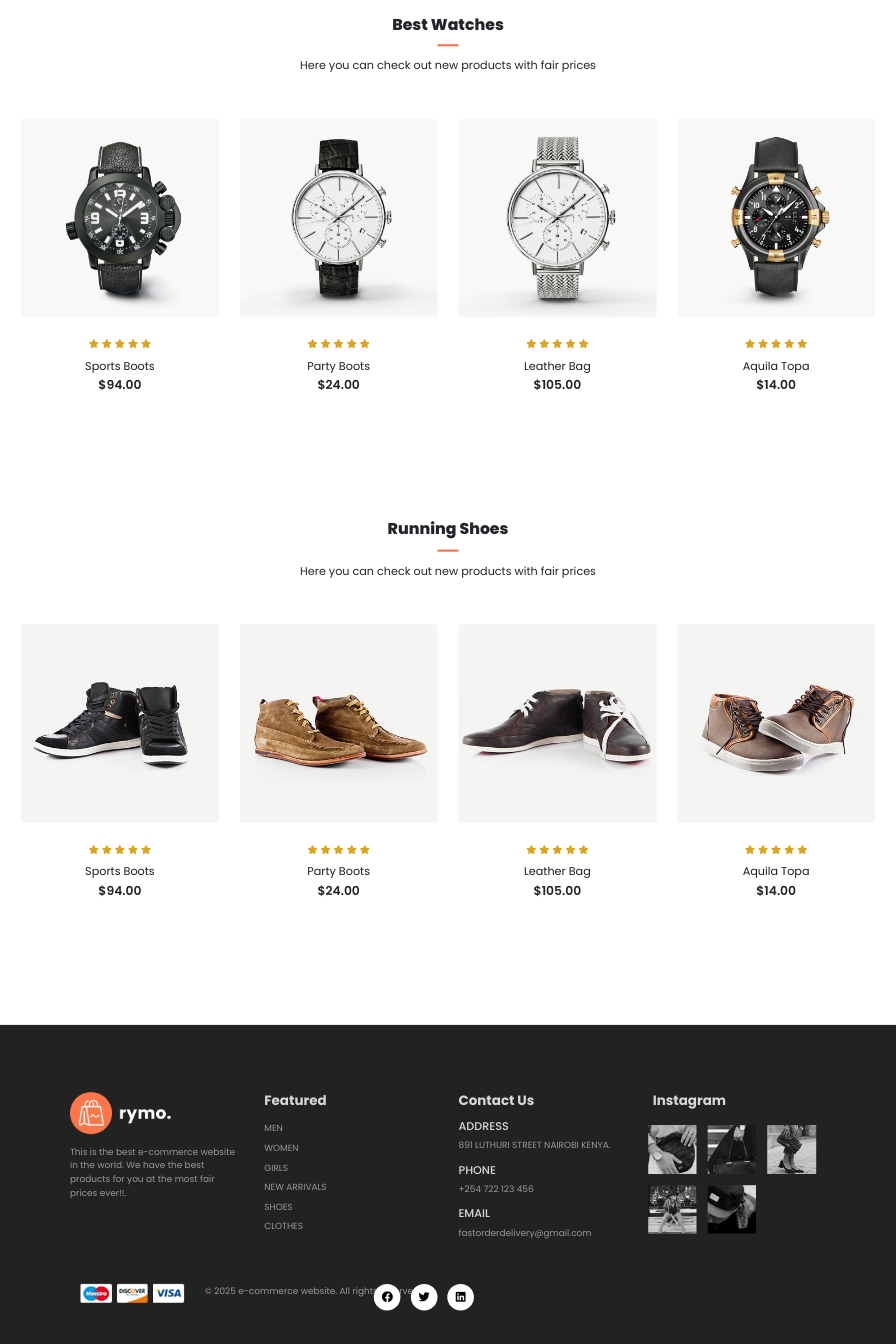
Repository: peter417waweru/e-commerce-UI
Page: index.html
These files come from the project's save history. The page is drawn as it stood at one moment and after the next save; the edit follows.
The browser window is 1280 px wide. The pictures show the part of the page from y = 3463 to 5383 px (the page is 5383 px tall), at 70% of full size.
Backgrounds fixed to the window are drawn as part of the page. Some web libraries are served in a nearby version.

Above is the page before, as saved 2025-02-08 09:53:11.

### index.html
<!DOCTYPE html>
<html lang="en">

    <head>
        <meta charset="UTF-8">
        <meta http-equiv="X-UA-Compatible" content="IE=edge">
        <meta name="viewport" content="width=device-width, initial-scale=1.0">
        <title>Ecommerce Website1</title>

        <link rel="stylesheet" href="https://cdn.jsdelivr.net/npm/bootstrap@4.1.3/dist/css/bootstrap.min.css"
         integrity="sha384-MCw98/SFnGE8fJT3GXwEOngsV7Zt27NXFoaoApmYm81iuXoPkFOJwJ8ERdknLPMO" crossorigin="anonymous">

        <link rel="stylesheet" href="https://pro.fontawesome.com/releases/v5.10.0/css/all.css" />

        <link rel="stylesheet" href="./style.css">
    </head>

    <body>

        <nav class="navbar navbar-expand-lg navbar-light bg-light py-3 fixed-top">
            <div class="container">
              <img src="img/logo1.png" alt="">
              <button class="navbar-toggler" type="button" data-bs-toggle="collapse" data-bs-target="#navbarSupportedContent" aria-controls="navbarSupportedContent" aria-expanded="false" aria-label="Toggle navigation">
                <span><i id="bar" class="fas fa-bars"></i></span>
              </button>
              <div class="collapse navbar-collapse" id="navbarSupportedContent">
                <ul class="navbar-nav ml-auto">
                  <li class="nav-item">
                    <a class="nav-link active" aria-current="page" href="#">Home</a>
                  </li>
                  <li class="nav-item">
                    <a class="nav-link" aria-current="page" href="#">Shop</a>
                  </li>
                  <li class="nav-item">
                    <a class="nav-link" aria-current="page" href="#">Blog</a>
                  </li>
                  <li class="nav-item">
                    <a class="nav-link" aria-current="page" href="#">About</a>
                  </li>
                  <li class="nav-item">
                    <a class="nav-link" aria-current="page" href="#">Contact Us</a>
                  </li>
                  <li class="nav-item">
                    <i class="fal fa-search"></i>
                    <i class="fal fa-shopping-bag"></i>
                  </li>


                </ul>

              </div>
            </div>
        </nav>


        <section id="home">
          <div class="container">
            <h5>NEW ARRIVALS</h5>
            <h1><span>Best Price</span> This year</h1>
            <p>Shop today with us for the best offers delivered to your doorsteps <br>
               within seconds.
            </p>
            <button>Shop Now</button>
          </div>
        </section>

        <section id="brand" class="container">
          <div class="row m-0 py-5">
            <img class="img-fluid col-lg-2 col-md-4 col-sm-6" src="img/brand/1.png" alt="">
            <img class="img-fluid col-lg-2 col-md-4 col-sm-6" src="img/brand/2.png" alt="">
            <img class="img-fluid col-lg-2 col-md-4 col-sm-6" src="img/brand/3.png" alt="">
            <img class="img-fluid col-lg-2 col-md-4 col-sm-6" src="img/brand/4.png" alt="">
            <img class="img-fluid col-lg-2 col-md-4 col-sm-6" src="img/brand/5.png" alt="">
            <img class="img-fluid col-lg-2 col-md-4 col-sm-6" src="img/brand/6.png" alt="">
          </div>
        </section>

        <section id="new" class="w-100">
          <div class="row p-0 m-0">
            <div class="one col-lg-4 col-md-12 col-sm-12 p-0">
              <img class="img-fluid" src="img/new/1.jpg" alt="">
              <div class="details">
                <h2>Extreme Rare Sneakers</h2>
                <button class="text-uppercase">shop now</button>
              </div>
            </div>
            <div class="one col-lg-4 col-md-12 col-sm-12 p-0">
              <img class="img-fluid" src="img/new/5.jpg" alt="">
              <div class="details">
                <h2>Awesome blank outfit</h2>
                <button class="text-uppercase">shop now</button>
              </div>
            </div>
            <div class="one col-lg-4 col-md-12 col-sm-12 p-0">
              <img class="img-fluid" src="img/new/3.jpg" alt="">
              <div class="details">
                <h2>Sportwear upto 50% off</h2>
                <button class="text-uppercase">shop now</button>
              </div>
            </div>
          </div>
        </section>

        <section id="featured" class="my-5 pb-5">
          <div class="container text-center mt-5 py-5">
            <h3>Our Featured</h3>
            <hr class="mx-auto">
            <p>Here you can check out our new products with the most fair prices</p>
          </div>
          <div class="row mx-auto container-fluid">
            <div class="product text-center col-lg-3 col-md-4 col-12">
              <img class="img-fluid mb-3" src="img/featured/1.jpg" alt="">
              <div class="star">
                <i class="fas fa-star"></i>
                <i class="fas fa-star"></i>
                <i class="fas fa-star"></i>
                <i class="fas fa-star"></i>
                <i class="fas fa-star"></i>
              </div>
              <h5 class="p-name">Sports Boots</h5>
              <h4 class="p-price">$94.00</h4>
              <button class="buy-btn">Buy Now</button>
            </div>
            <div class="product text-center col-lg-3 col-md-4 col-12">
              <img class="img-fluid mb-3" src="img/featured/2.jpg" alt="">
              <div class="star">
                <i class="fas fa-star"></i>
                <i class="fas fa-star"></i>
                <i class="fas fa-star"></i>
                <i class="fas fa-star"></i>
                <i class="fas fa-star"></i>
              </div>
              <h5 class="p-name">Party Boots</h5>
              <h4 class="p-price">$24.00</h4>
              <button class="buy-btn">Buy Now</button>
            </div>
            <div class="product text-center col-lg-3 col-md-4 col-12">
              <img class="img-fluid mb-3" src="img/featured/3.jpg" alt="">
              <div class="star">
                <i class="fas fa-star"></i>
                <i class="fas fa-star"></i>
                <i class="fas fa-star"></i>
                <i class="fas fa-star"></i>
                <i class="fas fa-star"></i>
              </div>
              <h5 class="p-name">Leather Bag</h5>
              <h4 class="p-price">$105.00</h4>
              <button class="buy-btn">Buy Now</button>
            </div>
            <div class="product text-center col-lg-3 col-md-4 col-12">
              <img class="img-fluid mb-3" src="img/featured/4.jpg" alt="">
              <div class="star">
                <i class="fas fa-star"></i>
                <i class="fas fa-star"></i>
                <i class="fas fa-star"></i>
                <i class="fas fa-star"></i>
                <i class="fas fa-star"></i>
              </div>
              <h5 class="p-name">Aquila Topa</h5>
              <h4 class="p-price">$14.00</h4>
              <button class="buy-btn">Buy Now</button>
            </div>
          </div>
        </section>

        <section id="banner" class="my-5 py-3">
          <div class="container">
            <h4>MID SEASON SALES</h4>
            <h1>Autumn Collection <br>
              UP TO 20% OFF
            </h1>
            <button class="text-uppercase">Shop Now</button>
          </div>
        </section>

        <section id="clothes" class="my-5">
          <div class="container text-center mt-5 py-5">
            <h3>Dresses and jumpsuits</h3>
            <hr class="mx-auto">
            <p>Here you can check out new products with fair prices</p>
          </div>
          <div class="row mx-auto container-fluid">
            <div class="product text-center col-lg-3 col-md-4 col-12">
              <img class="img-fluid mb-3" src="img/clothes/1.jpg" alt="">
              <div class="star">
                <i class="fas fa-star"></i>
                <i class="fas fa-star"></i>
                <i class="fas fa-star"></i>
                <i class="fas fa-star"></i>
                <i class="fas fa-star"></i>
              </div>
              <h5 class="p-name">Sports Boots</h5>
              <h4 class="p-price">$94.00</h4>
              <button class="buy-btn">Buy Now</button>
            </div>
            <div class="product text-center col-lg-3 col-md-4 col-12">
              <img class="img-fluid mb-3" src="img/clothes/2.jpg" alt="">
              <div class="star">
                <i class="fas fa-star"></i>
                <i class="fas fa-star"></i>
                <i class="fas fa-star"></i>
                <i class="fas fa-star"></i>
                <i class="fas fa-star"></i>
              </div>
              <h5 class="p-name">Party Boots</h5>
              <h4 class="p-price">$24.00</h4>
              <button class="buy-btn">Buy Now</button>
            </div>
            <div class="product text-center col-lg-3 col-md-4 col-12">
              <img class="img-fluid mb-3" src="img/clothes/3.jpg" alt="">
              <div class="star">
                <i class="fas fa-star"></i>
                <i class="fas fa-star"></i>
                <i class="fas fa-star"></i>
                <i class="fas fa-star"></i>
                <i class="fas fa-star"></i>
              </div>
              <h5 class="p-name">Leather Bag</h5>
              <h4 class="p-price">$105.00</h4>
              <button class="buy-btn">Buy Now</button>
            </div>
            <div class="product text-center col-lg-3 col-md-4 col-12">
              <img class="img-fluid mb-3" src="img/clothes/1.jpg" alt="">
              <div class="star">
                <i class="fas fa-star"></i>
                <i class="fas fa-star"></i>
                <i class="fas fa-star"></i>
                <i class="fas fa-star"></i>
                <i class="fas fa-star"></i>
              </div>
              <h5 class="p-name">Aquila Topa</h5>
              <h4 class="p-price">$14.00</h4>
              <button class="buy-btn">Buy Now</button>
            </div>
          </div>
        </section>

        <section id="watches" class="my-5">
          <div class="container text-center mt-5 py-5">
            <h3>Best Watches</h3>
            <hr class="mx-auto">
            <p>Here you can check out new products with fair prices</p>
          </div>
          <div class="row mx-auto container-fluid">
            <div class="product text-center col-lg-3 col-md-4 col-12">
              <img class="img-fluid mb-3" src="img/watches/1.jpg" alt="">
              <div class="star">
                <i class="fas fa-star"></i>
                <i class="fas fa-star"></i>
                <i class="fas fa-star"></i>
                <i class="fas fa-star"></i>
                <i class="fas fa-star"></i>
              </div>
              <h5 class="p-name">Sports Boots</h5>
              <h4 class="p-price">$94.00</h4>
              <button class="buy-btn">Buy Now</button>
            </div>
            <div class="product text-center col-lg-3 col-md-4 col-12">
              <img class="img-fluid mb-3" src="img/watches/2.jpg" alt="">
              <div class="star">
                <i class="fas fa-star"></i>
                <i class="fas fa-star"></i>
                <i class="fas fa-star"></i>
                <i class="fas fa-star"></i>
                <i class="fas fa-star"></i>
              </div>
              <h5 class="p-name">Party Boots</h5>
              <h4 class="p-price">$24.00</h4>
              <button class="buy-btn">Buy Now</button>
            </div>
            <div class="product text-center col-lg-3 col-md-4 col-12">
              <img class="img-fluid mb-3" src="img/watches/3.jpg" alt="">
              <div class="star">
                <i class="fas fa-star"></i>
                <i class="fas fa-star"></i>
                <i class="fas fa-star"></i>
                <i class="fas fa-star"></i>
                <i class="fas fa-star"></i>
              </div>
              <h5 class="p-name">Leather Bag</h5>
              <h4 class="p-price">$105.00</h4>
              <button class="buy-btn">Buy Now</button>
            </div>
            <div class="product text-center col-lg-3 col-md-4 col-12">
              <img class="img-fluid mb-3" src="img/watches/4.jpg" alt="">
              <div class="star">
                <i class="fas fa-star"></i>
                <i class="fas fa-star"></i>
                <i class="fas fa-star"></i>
                <i class="fas fa-star"></i>
                <i class="fas fa-star"></i>
              </div>
              <h5 class="p-name">Aquila Topa</h5>
              <h4 class="p-price">$14.00</h4>
              <button class="buy-btn">Buy Now</button>
            </div>
          </div>
        </section>

        <section id="shoes" class="my-5 pb-5">
          <div class="container text-center mt-5 py-5">
            <h3>Running Shoes</h3>
            <hr class="mx-auto">
            <p>Here you can check out new products with fair prices</p>
          </div>
          <div class="row mx-auto container-fluid">
            <div class="product text-center col-lg-3 col-md-4 col-12">
              <img class="img-fluid mb-3" src="img/shoes/8.jpg" alt="">
              <div class="star">
                <i class="fas fa-star"></i>
                <i class="fas fa-star"></i>
                <i class="fas fa-star"></i>
                <i class="fas fa-star"></i>
                <i class="fas fa-star"></i>
              </div>
              <h5 class="p-name">Sports Boots</h5>
              <h4 class="p-price">$94.00</h4>
              <button class="buy-btn">Buy Now</button>
            </div>
            <div class="product text-center col-lg-3 col-md-4 col-12">
              <img class="img-fluid mb-3" src="img/shoes/7.jpg" alt="">
              <div class="star">
                <i class="fas fa-star"></i>
                <i class="fas fa-star"></i>
                <i class="fas fa-star"></i>
                <i class="fas fa-star"></i>
                <i class="fas fa-star"></i>
              </div>
              <h5 class="p-name">Party Boots</h5>
              <h4 class="p-price">$24.00</h4>
              <button class="buy-btn">Buy Now</button>
            </div>
            <div class="product text-center col-lg-3 col-md-4 col-12">
              <img class="img-fluid mb-3" src="img/shoes/6.jpg" alt="">
              <div class="star">
                <i class="fas fa-star"></i>
                <i class="fas fa-star"></i>
                <i class="fas fa-star"></i>
                <i class="fas fa-star"></i>
                <i class="fas fa-star"></i>
              </div>
              <h5 class="p-name">Leather Bag</h5>
              <h4 class="p-price">$105.00</h4>
              <button class="buy-btn">Buy Now</button>
            </div>
            <div class="product text-center col-lg-3 col-md-4 col-12">
              <img class="img-fluid mb-3" src="img/shoes/5.jpg" alt="">
              <div class="star">
                <i class="fas fa-star"></i>
                <i class="fas fa-star"></i>
                <i class="fas fa-star"></i>
                <i class="fas fa-star"></i>
                <i class="fas fa-star"></i>
              </div>
              <h5 class="p-name">Aquila Topa</h5>
              <h4 class="p-price">$14.00</h4>
              <button class="buy-btn">Buy Now</button>
            </div>
          </div>
        </section>

        <footer class="mt-5 py-5">
          <div class="row container mx-auto pt-5">
            <div class="footer-one col-lg-3 col-md-6 col-12">
              <img src="img/logo2.png" alt="">
              <p class="pt-3">This is the best e-commerce website in the world.
                 We have the best products for you at the most fair prices ever!!.</p>
            </div>
            <div class="footer-one col-lg-3 col-md-6 col-12">
              <h4 class="pb-2">Featured</h4>
              <ul class="text-uppercase list-unstyled">
                <li><a href="#">men</a></li>
                <li><a href="#">women</a></li>
                <li><a href="#">girls</a></li>
                <li><a href="#">new arrivals</a></li>
                <li><a href="#">shoes</a></li>
                <li><a href="#">clothes</a></li>
              </ul>
            </div>
            <div class="footer-one col-lg-3 col-md-6 col-12">
              <h4 class="pb-2">Contact Us</h4>
              <div>
                <h6 class="text-uppercase">Address</h6>
              <p>891 LUTHURI STREET NAIROBI KENYA.</p>
              </div>
              <div>
                <h6 class="text-uppercase">Phone</h6>
              <p>+254 722 123 456</p>
              </div>
              <div>
                <h6 class="text-uppercase">Email</h6>
              <p>fastorderdelivery@gmail.com</p>
              </div>
            </div>
            <div class="footer-one col-lg-3 col-md-6 col-12">
              <h4 class="pb-2">Instagram</h4>
              <div class="row">
                <img class="img-fluid w-25 h-100 m-2" src="img/insta/1.jpg" alt="">
                <img class="img-fluid w-25 h-100 m-2" src="img/insta/2.jpg" alt="">
                <img class="img-fluid w-25 h-100 m-2" src="img/insta/3.jpg" alt="">
                <img class="img-fluid w-25 h-100 m-2" src="img/insta/4.jpg" alt="">
                <img class="img-fluid w-25 h-100 m-2" src="img/insta/5.jpg" alt="">
              </div>
            </div>
            <div class="copyright mt-5">
              <div class="row container mx-auto">
                <div class="col-lg-3 col-md-6 col-12">
                  <img class="img-fluid" src="img/payment.png" alt="">
                </div>
                <div class="col-lg-4 col-md-6 col-12 text-nowrap">
                  <p>© 2025 e-commerce website. All rights reserved.</p>
                </div>
                <div class="col-lg-4 col-md-6 col-12">
                  <a href="#"><i class="fab fa-facebook"></i></a>
                  <a href="#"><i class="fab fa-twitter"></i></a>
                  <a href="#"><i class="fab fa-linkedin"></i></a>
                </div>
              </div>
            </div>
          </div>
        </footer>





        <script src="https://cdn.jsdelivr.net/npm/@popperjs/core@2.9.1/dist/umd/popper.min.js"
            integrity="sha384-SR1sx49pcuLnqZUnnPwx6FCym0wLsk5JZuNx2bPPENzswTNFaQU1RDvt3wT4gWFG"
            crossorigin="anonymous"></script>
        <script src="https://cdn.jsdelivr.net/npm/bootstrap@5.0.0-beta3/dist/js/bootstrap.min.js"
            integrity="sha384-j0CNLUeiqtyaRmlzUHCPZ+Gy5fQu0dQ6eZ/xAww941Ai1SxSY+0EQqNXNE6DZiVc"
            crossorigin="anonymous"></script>
    </body>

</html>

Loaded but not shown: style.css (339 lines, source omitted)

After the next save:
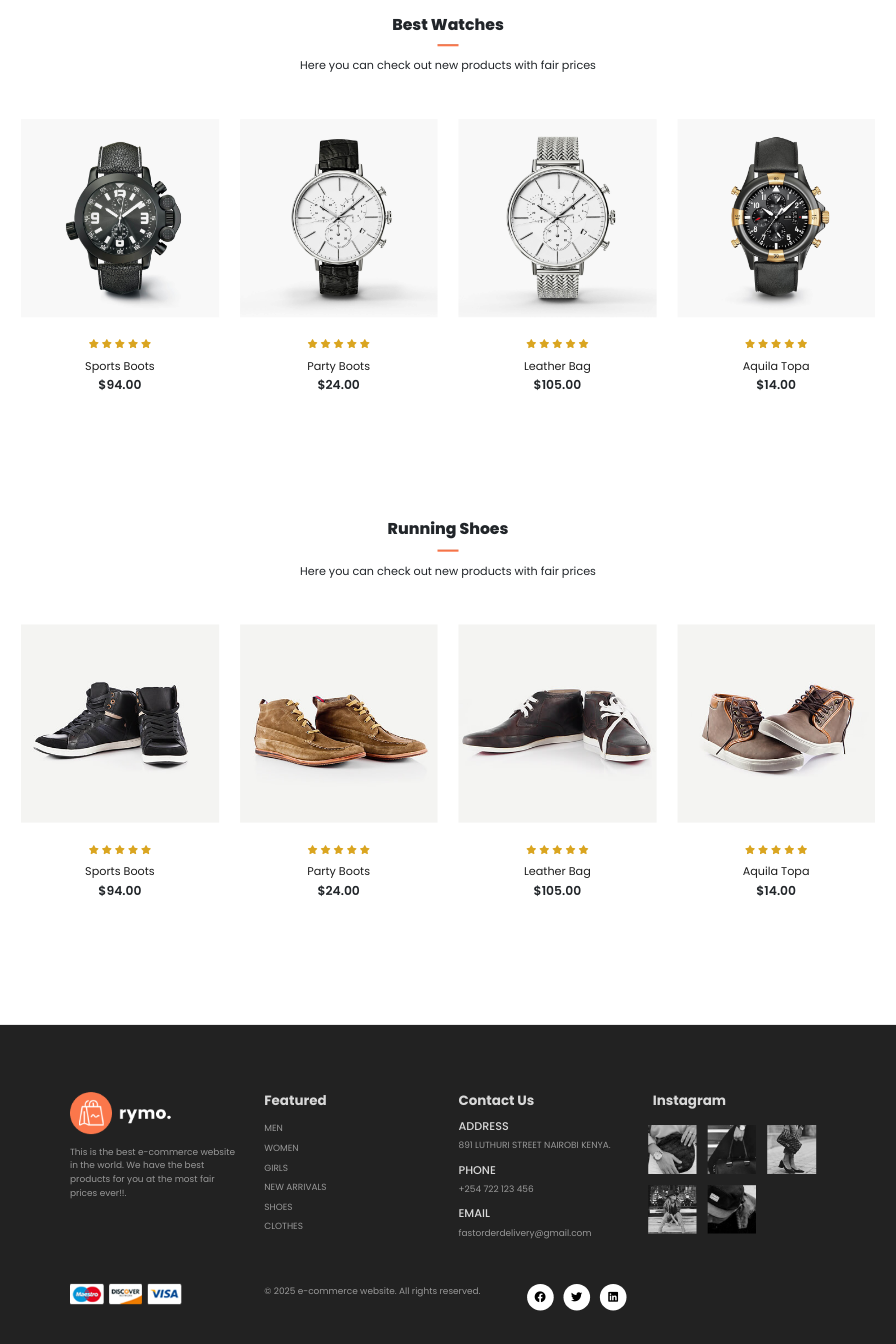
Saved 2 min 25 s later.
--- a/index.html
+++ b/index.html
@@ -402,19 +402,19 @@
                 <img class="img-fluid w-25 h-100 m-2" src="img/insta/5.jpg" alt="">
               </div>
             </div>
-            <div class="copyright mt-5">
-              <div class="row container mx-auto">
-                <div class="col-lg-3 col-md-6 col-12">
-                  <img class="img-fluid" src="img/payment.png" alt="">
-                </div>
-                <div class="col-lg-4 col-md-6 col-12 text-nowrap">
-                  <p>© 2025 e-commerce website. All rights reserved.</p>
-                </div>
-                <div class="col-lg-4 col-md-6 col-12">
-                  <a href="#"><i class="fab fa-facebook"></i></a>
-                  <a href="#"><i class="fab fa-twitter"></i></a>
-                  <a href="#"><i class="fab fa-linkedin"></i></a>
-                </div>
+          </div>
+          <div class="copyright mt-5">
+            <div class="row container mx-auto">
+              <div class="col-lg-3 col-md-6 col-12">
+                <img class="img-fluid" src="img/payment.png" alt="">
+              </div>
+              <div class="col-lg-4 col-md-6 col-12 text-nowrap">
+                <p>© 2025 e-commerce website. All rights reserved.</p>
+              </div>
+              <div class="col-lg-4 col-md-6 col-12">
+                <a href="#"><i class="fab fa-facebook"></i></a>
+                <a href="#"><i class="fab fa-twitter"></i></a>
+                <a href="#"><i class="fab fa-linkedin"></i></a>
               </div>
             </div>
           </div>
